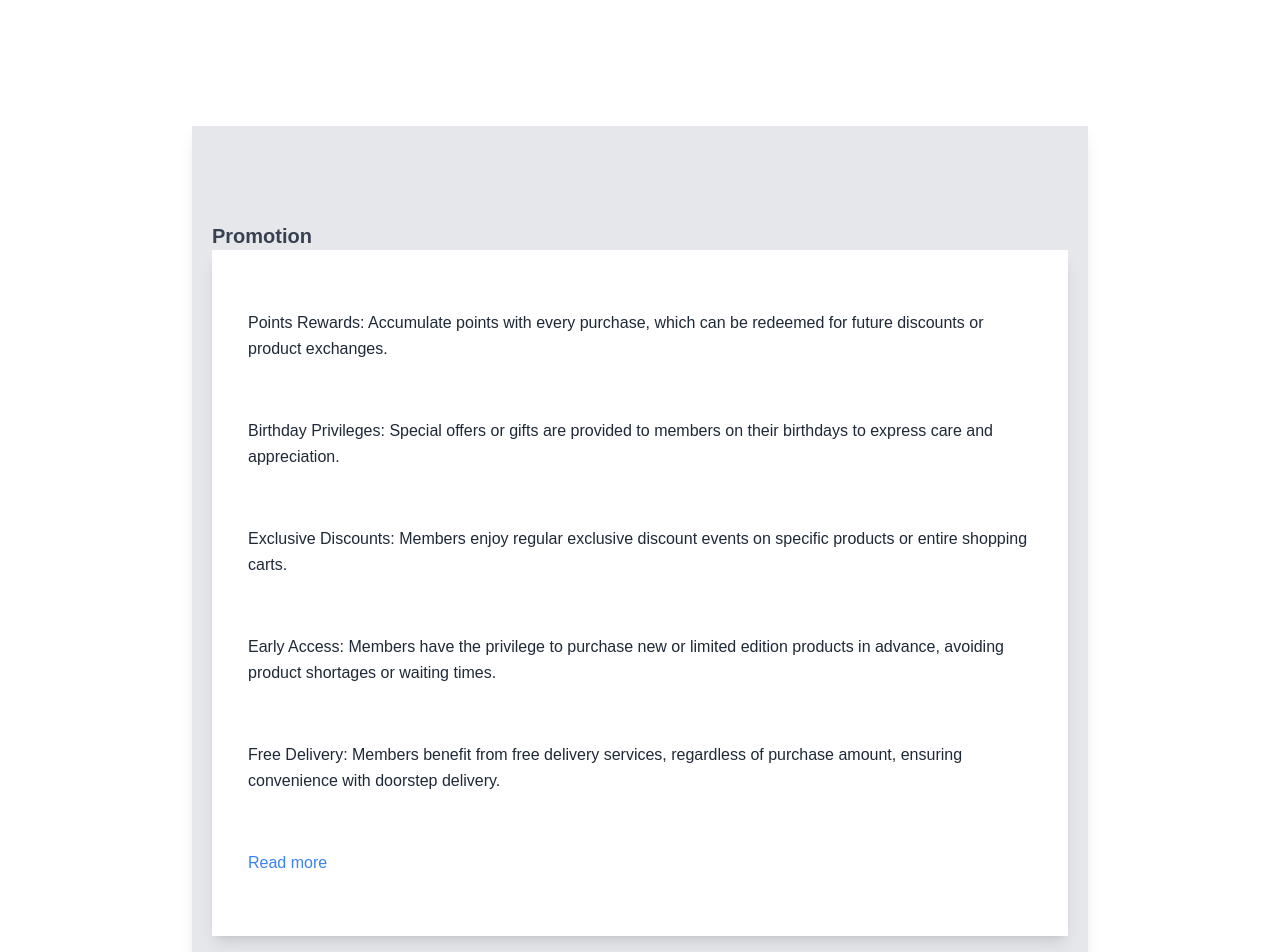
Repository: Harris132451/Final-Project-eShop
Page: /products/0.6MM THINLY WRAPPED PORK DUMPLING
An editor plug-in stored every save of this project. The page is shown before and after the next save, followed by the edit.
The browser window is 1280 px wide. The pictures show the part of the page from y = 896 to 1848 px (the page is 2263 px tall).
The page's requests for data from a server got no answer. The project was rebuilt for these pictures with package versions that can differ from the ones it lists, and the page was loaded fresh each time. No one was signed in, and anything a server would have sent is missing. Also part of the build but not shown: src/Page/Component/controlNum.js, src/Page/Component/PCinCart.js, src/Page/Component/SC.js, src/Page/Component/Slider.js, src/Page/Component/Loading/Loader.css, src/Page/Home.js, src/Page/Component/TPinCart.js, src/Page/Checkout.js and 5 more.

Above is the page before, as saved 2024-04-14 23:23:20.

### src/Page/Footer.js
function Footer() {
  return (
    <>
      <div className="bg-blue-600 flex flex-wrap flex-col sm:flex-row justify-center content-center px-4 sm:px-6 lg:px-8 font-medium">
        <div className="my-1 mx-2 ">
          <h2 className="text-xl font-bold">Company</h2>
          <p>About us</p>
          <p>Return Policy</p>
          <p>Delivery Methods</p>
          <p>FAQ</p>
        </div>
        <div className="my-1 mx-2">
          <h2 className="text-xl font-bold">Contacts</h2>
          <p>📞 12345678</p>
          <p>✉️ test@test.com</p>
        </div>
        <div className="my-1 mx-2">
          <h2 className="text-xl font-bold">Location:</h2>
          <p>
            Unit 03, 7/F, Millennium Trade Centre, <br />
            56 Kwai Cheong Road, Kwai Chung, NT
          </p>
        </div>
        <iframe
          className="mx-4 my-1"
          title="googleMap"
          src="https://www.google.com/maps/embed?pb=!1m18!1m12!1m3!1d1844.869820108395!2d114.13131213825925!3d22.363457675390126!2m3!1f0!2f0!3f0!3m2!1i1024!2i768!4f13.1!3m3!1m2!1s0x3403f899dc5c5b03%3A0xee9460f1d7de935e!2z6JG15raM6JG15piM6LevNTbomZ_osr_mmJPkuYvpg70!5e0!3m2!1szh-TW!2shk!4v1712110406039!5m2!1szh-TW!2shk"
          width="200"
          height="200"
          loading="lazy"
          allowFullScreen=""
          referrerPolicy="no-referrer-when-downgrade"
        ></iframe>
      </div>
    </>
  );
}

export default Footer;

### src/Page/ProductPage.js
import React, { useState, useEffect } from "react";
import { Link, useParams } from 'react-router-dom';
import { item } from './Component/product';
import withLoader from "./Component/withLoader"
import Breadcrumb from "./Component/Breadcrumb"
import deliver from "./deliver-food-svgrepo-com.svg"
import gift from "./gift-svgrepo-com.svg"
import ProductPromotion from "./Component/productPromotion";

const ProductPage = (props) => {
  const [amount, setAmount] = useState(1);
  const { productPage } = useParams();
  const decodedProductPage = decodeURIComponent(productPage);
  const product = item.find((i) => i.name === decodedProductPage);

  if (!product) {
    return <div>Product not found</div>;
  }

  const breadcrumbItems = [
    { text: 'Home', href: '/' },
    { text: product.bigcategories, href: `/${product.bigcategories}` },
    { text: product.smallcategories, href: `/product/${product.smallcategories}` },
    { text: product.name }
  ];

  return (
    <section className="text-gray-700 overflow-hidden bg-white font-[sans-serif]">

      <div className="container px-5 py-24 mx-auto">
      <div className="text-4xl font-extrabold text-gray-800 mb-12">
        <Breadcrumb items={breadcrumbItems} />
      </div>
        <div className="lg:w-4/5 mx-auto flex flex-wrap">
          <img
            alt="ecommerce"
            className="lg:w-1/2 w-full object-cover object-center rounded border border-gray-200"
            src={product.picture}
          />
          <div className="lg:w-1/2 w-full lg:pl-10 lg:py-6 mt-6 lg:mt-0">
            <h2 className="text-sm title-font text-gray-500 tracking-widest">{product.bigcategories}</h2>
            <h1 className="text-gray-900 text-3xl title-font font-medium mb-1">{product.name}</h1>
            <div className="flex mb-4">
              <Link className="text-gray-600 ml-3">4 Reviews</Link>
            </div>
            <p className="leading-relaxed">Fam locavore kickstarter distillery. Mixtape chillwave tumeric sriracha taximy chia microdosing tilde DIY. XOXO fam indxgo juiceramps cornhole raw denim forage brooklyn. Everyday carry +1 seitan poutine tumeric. Gastropub blue bottle austin listicle pour-over, neutra jean shorts keytar banjo tattooed umami cardigan.</p>
            <div className="flex mt-6 items-center pb-5 border-b-2 border-gray-200 mb-5">
              <div className="flex">
                <span className="mr-3">Unit</span>
                <span className="mr-4">{product.unit}</span>
              </div>
            </div>
            <div className="flex mt-6 items-center pb-5 border-b-2 border-gray-200 mb-5">
              <span className="title-font font-medium text-2xl text-gray-900">${product.price}</span>
              <button className="flex ml-auto text-white bg-blue-500 border-0 py-2 px-6 focus:outline-none rounded hover:bg-white hover:text-blue-500 hover:border-blue-500 hover:scale-110 transition duration-300 ease-in-out"
               onClick={() => {
                let newData = { ...props.items };
                let acn = props.Account;
                console.log(newData);
                if (acn) {
                  let PNameArr = [];
                  newData[acn]["Cart"].forEach((c) => {
                    PNameArr.push(c.name);
                  });
                  console.log(PNameArr);
                  if (PNameArr.includes(product.name)) {
                    for (
                      let i = 0;
                      i < newData[acn]["Cart"].length;
                      i++
                    ) {
                      if (newData[acn]["Cart"][i].name === product.name) {
                        newData[acn]["Cart"][i].qty += 1;
                        props.updateCart(newData[acn]["Cart"][i]);
                      }
                    }
                  } else {
                    props.updateCart(product);
                  }
                }
                props.updateIsOpenCart(true);
              }} >Add to cart</button>
            </div>
            <div className="flex items-center justify-between mt-6 pb-5 border-b-2 border-gray-200 mb-5">
              <div className="flex items-center space-x-2">
                <img src={deliver} alt="deliver" className="w-5 h-5"/>
                <span>Home Delivery</span>
              </div>
              <div className="flex items-center space-x-2">
                <img src={gift} alt="gift" className="w-7 h-7"/>
                <span>Click & Collect</span>
              </div>
            </div>

          </div>
        </div>
      </div>

      <div className="flex flex-col items-center justify-center mt-8 space-y-8">
        <div className="container px-5 py-24 mx-auto bg-gray-200 shadow-lg max-w-4xl truncate inline-block">
          <h2 className="text-xl font-semibold">Promotion</h2>
          <ProductPromotion />
        </div>
        <div className="text-lg font-semibold">Description</div>
        <div className="text-lg font-semibold">Reviews</div>
      </div>

    </section>
  );
};

export default withLoader(ProductPage);

### src/Page/Component/ScrollBtn.js
import React, { useState } from "react";
import { FaArrowCircleUp } from "react-icons/fa";

const ScrollButton = () => {
  const [visible, setVisible] = useState(false);

  const toggleVisible = () => {
    const scrolled = document.documentElement.scrollTop;
    if (scrolled > 300) {
      setVisible(true);
    } else if (scrolled <= 300) {
      setVisible(false);
    }
  };

  const scrollToTop = () => {
    window.scrollTo({
      top: 0,
      behavior: "smooth",
      /* you can also use 'auto' behaviour
		in place of 'smooth' */
    });
  };

  window.addEventListener("scroll", toggleVisible);

  return (
    <button className="fixed  right-8 bottom-4 h-20 text-5xl z-10 cursor-pointer text-blue-300">
      <FaArrowCircleUp
        onClick={scrollToTop}
        style={{ display: visible ? "inline" : "none" }}
      />
    </button>
  );
};

export default ScrollButton;

### src/firebase/firebase.js
// Import the functions you need from the SDKs you need
import { initializeApp } from "firebase/app";
/* import { getAnalytics } from "firebase/analytics"; */
import { getAuth } from "firebase/auth";
// TODO: Add SDKs for Firebase products that you want to use
// https://firebase.google.com/docs/web/setup#available-libraries

// Your web app's Firebase configuration
// For Firebase JS SDK v7.20.0 and later, measurementId is optional

import { getFirestore } from "firebase/firestore";

const firebaseConfig = {
  apiKey: "AIzaSyAlfQxAV01MKSUnffMtmq6bTksAcXSNuSA",
  authDomain: "generation-group-eshop.firebaseapp.com",
  projectId: "generation-group-eshop",
  storageBucket: "generation-group-eshop.appspot.com",
  messagingSenderId: "551318279692",
  appId: "1:551318279692:web:44d464660b5437ef994029",
  measurementId: "G-LWZBK7E1JY",
};

// Initialize Firebase
export const app = initializeApp(firebaseConfig);
/* const analytics = getAnalytics(app); */

// Initialize Firebase Authentication and get a reference to the service
export const auth = getAuth(app);

export const db = getFirestore(app);

### src/Page/Component/Weather.js
function Weather(props) {
  const temperature = props.temperature;
  const weather = props.weather;

  return (
    <>
      <div className="flex mr-6 sm:mr-3">
        <div class="mr-1 mt-0.5 text-xl text-white sm:text-lg sm:mt-0">
          {temperature}°C
        </div>
        <div className="h-8 w-8 sm:h-7 sm:w-7">
          {weather === "normal" && <img src="normal.png" alt="normal" />}
          {weather === "cold" && <img src="cold.png" alt="cold" />}
          {weather === "hot" && <img src="hot.png" alt="hot" />}
        </div>
      </div>
    </>
  );
}

export default Weather;

### src/Page/Component/input.js
import { useEffect, useState, useRef } from "react";
import { item } from "./product.js";

function NameButton(n) {
  console.log(n);
}

const Inputbox = function () {
  const [Word, setWord] = useState("");
  const [BtnWord, setBtnWord] = useState("");
  const [IsBtnVisible, setIsBtnVisible] = useState(false);
  const [IsSerachBtn, setIsSerachBtn] = useState(false);
  const [ResultName, setResultName] = useState([]);
  const [BtnResultName, setBtnResultName] = useState([]);
  const [windowWidth, setWindowWidth] = useState(window.innerWidth);
  function InputName(name) {
    setWord(name.target.value);
  }
  function InputBtnName(name) {
    setBtnWord(name.target.value);
  }
  useEffect(() => {
    const InputKey = Word.replace(" ", "").toLowerCase();
    const NameArr = [];
    item.map((p) => {
      if (
        p.name.replace(" ", "").toLowerCase().indexOf(InputKey) !== -1 &&
        InputKey !== ""
      ) {
        NameArr.push(p.name);
      }
    });
    setIsBtnVisible(true);
    setResultName(NameArr);
  }, [Word]);

  useEffect(() => {
    const InputKey = BtnWord.replace(" ", "").toLowerCase();
    const NameArr = [];
    item.map((p) => {
      if (
        p.name.replace(" ", "").toLowerCase().indexOf(InputKey) !== -1 &&
        InputKey !== ""
      ) {
        NameArr.push(p.name);
      }
    });
    setBtnResultName(NameArr);
  }, [BtnWord]);

  const inputRef = useRef(null);
  useEffect(() => {
    const handleClickOutside = (event) => {
      if (inputRef.current && !inputRef.current.contains(event.target)) {
        setBtnWord("");
        setBtnResultName([]);
        setWord("");
        setResultName([]);
        setIsBtnVisible(false);
        setIsSerachBtn(false);
      }
    };

    document.addEventListener("mousedown", handleClickOutside);

    return () => {
      document.removeEventListener("mousedown", handleClickOutside);
    };
  }, [inputRef]);

  useEffect(() => {
    const handleResize = () => {
      setWindowWidth(window.innerWidth);
    };
    window.addEventListener("resize", handleResize);
    if (window.innerWidth >= 1024) {
      setIsSerachBtn(false);
      setBtnWord("");
      setBtnResultName([]);
    } else {
      setWord("");
      setResultName([]);
    }
    return () => {
      window.removeEventListener("resize", handleResize);
    };
  }, [window.innerWidth]);

  return (
    <>
      <div class="flex lg:border-solid">
        <div>
          <div class="pt-5 h-auto w-6 m-2 hidden lg:block">
            <img src="/SerachBtn.png" />
          </div>
        </div>
        <div class="pt-7 block lg:hidden z-50">
          <button
            onClick={() => {
              setIsSerachBtn(!IsSerachBtn);
            }}
          >
            <div class="h-auto w-6 ml-2 ">
              <img src="/SerachBtn.png" />
            </div>
          </button>
          {IsSerachBtn && window.innerWidth < 1024 && (
            <div class="flex flex-col pt-2 ">
              <div class="bg-white rounded-md shadow-lg">
                <div class="flex flex-wrap">
                  <input
                    ref={inputRef}
                    onChange={(b) => InputBtnName(b)}
                    class="h-8 w-72 m-1 p-2 border rounded-md border-blue-900"
                  ></input>
                  {BtnResultName.length > 0 && (
                    <div class="overflow-scroll h-96">
                      {BtnResultName.map((n) => {
                        return (
                          <button
                            key={n}
                            onClick={() => NameButton(n)}
                            class="w-72 m-1 p-2 rounded-md text-blue-900 hover:bg-blue-200"
                          >
                            <div class="text-left">{n}</div>
                          </button>
                        );
                      })}
                    </div>
                  )}
                </div>
              </div>
            </div>
          )}
        </div>
        {window.innerWidth >= 1024 && (
          <div class="flex flex-col pt-6 ">
            <input
              ref={inputRef}
              onChange={(b) => InputName(b)}
              class="w-72 border-2 border-blue-700  rounded-full bg-blue-800 text-white px-5 opacity-80 text-lg"
            ></input>
            {ResultName.length > 0 && IsBtnVisible && (
              <div class="bg-white z-50 rounded-md shadow-lg pt-2 ">
                <div class="flex flex-wrap">
                  <div class="overflow-scroll h-96">
                    {ResultName.map((n) => {
                      return (
                        <button
                          key={n}
                          onClick={() => NameButton(n)}
                          class="w-96 m-1 p-2 rounded-md text-blue-900 hover:bg-blue-200"
                        >
                          <div class="text-left">{n}</div>
                        </button>
                      );
                    })}
                  </div>
                </div>
              </div>
            )}
          </div>
        )}
      </div>
    </>
  );
};

export default Inputbox;

### src/Page/Component/categoriesData.js
export const categories =
[
    {
     "id": 1,
     "Name": "Drink",
     "Parent": 1
    },
    {
     "id": 2,
     "Name": "Snack",
     "Parent": 2
    },
    {
     "id": 3,
     "Name": "Chilled",
     "Parent": 3
    },
    {
     "id": 4,
     "Name": "liquor",
     "Parent": 1
    },
    {
     "id": 5,
     "Name": "water",
     "Parent": 1
    },
    {
     "id": 6,
     "Name": "Ready-to-drink tea, coffee, milk tea",
     "Parent": 1
    },
    {
     "id": 7,
     "Name": "Milk and cheese drinks",
     "Parent": 1
    },
    {
     "id": 8,
     "Name": "Japanese & Korea Snack",
     "Parent": 2
    },
    {
     "id": 9,
     "Name": "Chocolate",
     "Parent": 2
    },
    {
     "id": 10,
     "Name": "Meat Snack",
     "Parent": 2
    },
    {
     "id": 11,
     "Name": "Chinese Bakery & Egg Roll",
     "Parent": 2
    },
    {
     "id": 12,
     "Name": "Seafood",
     "Parent": 3
    },
    {
     "id": 13,
     "Name": "Meat",
     "Parent": 3
    },
    {
     "id": 14,
     "Name": "Vegetarian",
     "Parent": 3
    },
    {
     "id": 15,
     "Name": "Dumpling",
     "Parent": 3
    }
   ]

### src/Page/Component/withLoader.js
import React, { useState, useEffect } from 'react';
import Loader from './Loading/Loader';

const withLoader = (WrappedComponent) => {
  return (props) => {
    const [isLoading, setIsLoading] = useState(true);

    useEffect(() => {
      const timer = setTimeout(() => {
        setIsLoading(false);
      }, 1000);

      return () => {
        clearTimeout(timer);
      };
    }, []);

    return (
      <div>
        {isLoading ? <Loader /> : <WrappedComponent {...props} />}
      </div>
    );
  };
};

export default withLoader;

### src/Page/Component/Breadcrumb.js
import React from 'react';

const Breadcrumb = ({ items }) => {
  return (
    <nav className="flex" aria-label="Breadcrumb">
      <ol className="inline-flex items-center space-x-1 md:space-x-2 rtl:space-x-reverse">
        <li>
          <div className="flex items-center">
            {items.map((item, index) => (
              <React.Fragment key={index}>
                {index !== 0 && (
                  <svg className="rtl:rotate-180 w-3 h-3 text-gray-400 mx-1" aria-hidden="true" xmlns="http://www.w3.org/2000/svg" fill="none" viewBox="0 0 6 10">
                    <path stroke="currentColor" strokeLinecap="round" strokeLinejoin="round" strokeWidth="2" d="m1 9 4-4-4-4"/>
                  </svg>
                )}
                {index === 0 ? (
                  <a href={item.href} className="inline-flex items-center text-sm font-medium text-gray-700 hover:text-blue-600 dark:text-gray-400 dark:hover:text-white">
                    <svg className="w-3 h-3 me-2.5" aria-hidden="true" xmlns="http://www.w3.org/2000/svg" fill="currentColor" viewBox="0 0 20 20">
                      <path d="m19.707 9.293-2-2-7-7a1 1 0 0 0-1.414 0l-7 7-2 2a1 1 0 0 0 1.414 1.414L2 10.414V18a2 2 0 0 0 2 2h3a1 1 0 0 0 1-1v-4a1 1 0 0 1 1-1h2a1 1 0 0 1 1 1v4a1 1 0 0 0 1 1h3a2 2 0 0 0 2-2v-7.586l.293.293a1 1 0 0 0 1.414-1.414Z"/>
                    </svg>
                    {item.text}
                  </a>
                ) : (
                  index === items.length - 1 ? (
                    <span className="text-sm font-medium text-gray-700 dark:text-gray-400">{item.text}</span>
                  ) : (
                    <a href={item.href} className="inline-flex items-center text-sm font-medium text-gray-700 hover:text-blue-600 dark:text-gray-400 dark:hover:text-white">
                      {item.text}
                    </a>
                  )
                )}
              </React.Fragment>
            ))}
          </div>
        </li>
      </ol>
    </nav>
  );
};

export default Breadcrumb;

### src/Page/Component/productPromotion.js
import React, { useState } from 'react';

function ProductPromotion() {
  const [expanded, setExpanded] = useState(false);

  const toggleExpanded = () => {
    setExpanded(!expanded);
  };

  const promoContent = [
    "Points Rewards: Accumulate points with every purchase, which can be redeemed for future discounts or product exchanges.",
    "Birthday Privileges: Special offers or gifts are provided to members on their birthdays to express care and appreciation.",
    "Exclusive Discounts: Members enjoy regular exclusive discount events on specific products or entire shopping carts.",
    "Early Access: Members have the privilege to purchase new or limited edition products in advance, avoiding product shortages or waiting times.",
    "Free Delivery: Members benefit from free delivery services, regardless of purchase amount, ensuring convenience with doorstep delivery.",
    "VIP Customer Service: Providing faster and superior customer service to members, including dedicated hotlines or online support.",
    "Rebate Programs: Earn a certain percentage of rebates on purchases, which can be used for future shopping or cashed out.",
    "Double Points Day: Regularly hold double or multiple points days, where members receive double or more points for purchases during this period.",
    "Eligibility for Member Activities: Participation in specific promotions, gifts, or draw events is limited to members.",
    "Exclusive Events and Packages: Periodically host member-exclusive events and provide exclusive gift packages or gifts."
  ];

  return (
    <div className="container px-5 py-5 mx-auto bg-white shadow-lg max-w-4xl truncate inline-block">

        {promoContent.slice(0, expanded ? promoContent.length : 5).map((content, index) => (
          <div key={index} className="product-promotion-item my-6 leading-relaxed text-gray-800 truncate transition duration-500 hover:bg-gray-100 hover:text-blue-500 hover:shadow-lg rounded-lg p-4 whitespace-normal">{content}</div>
        ))}
        <div className="product-promotion-item my-6 leading-relaxed text-gray-800 truncate transition duration-500 hover:bg-gray-100 hover:text-blue-500 hover:shadow-lg rounded-lg p-4 whitespace-normal">
          {!expanded && <a href="#" className="text-blue-500 hover:underline" onClick={toggleExpanded}>Read more</a>}
        </div>

    </div>
  );
}

export default ProductPromotion;

### src/Page/Component/Loading/Loader.js
import React from 'react';
import './Loader.css';

const Loader = () => {
    return (
      <div className="h-64 flex items-center justify-center mx-auto">
        <div className="loader">
          <div className="loader-wheel"></div>
        </div>
      </div>
    );
  };

  export default Loader;

Loaded but not shown: public/index.html (common file); src/index.js (common file); src/index.css (common file); src/reportWebVitals.js (common file); tailwind.config.js (common file); src/Page/Component/product.js (327 lines, source omitted); src/Page/Header.js (235 lines, source omitted); src/App.js (207 lines, source omitted)

After the next save:
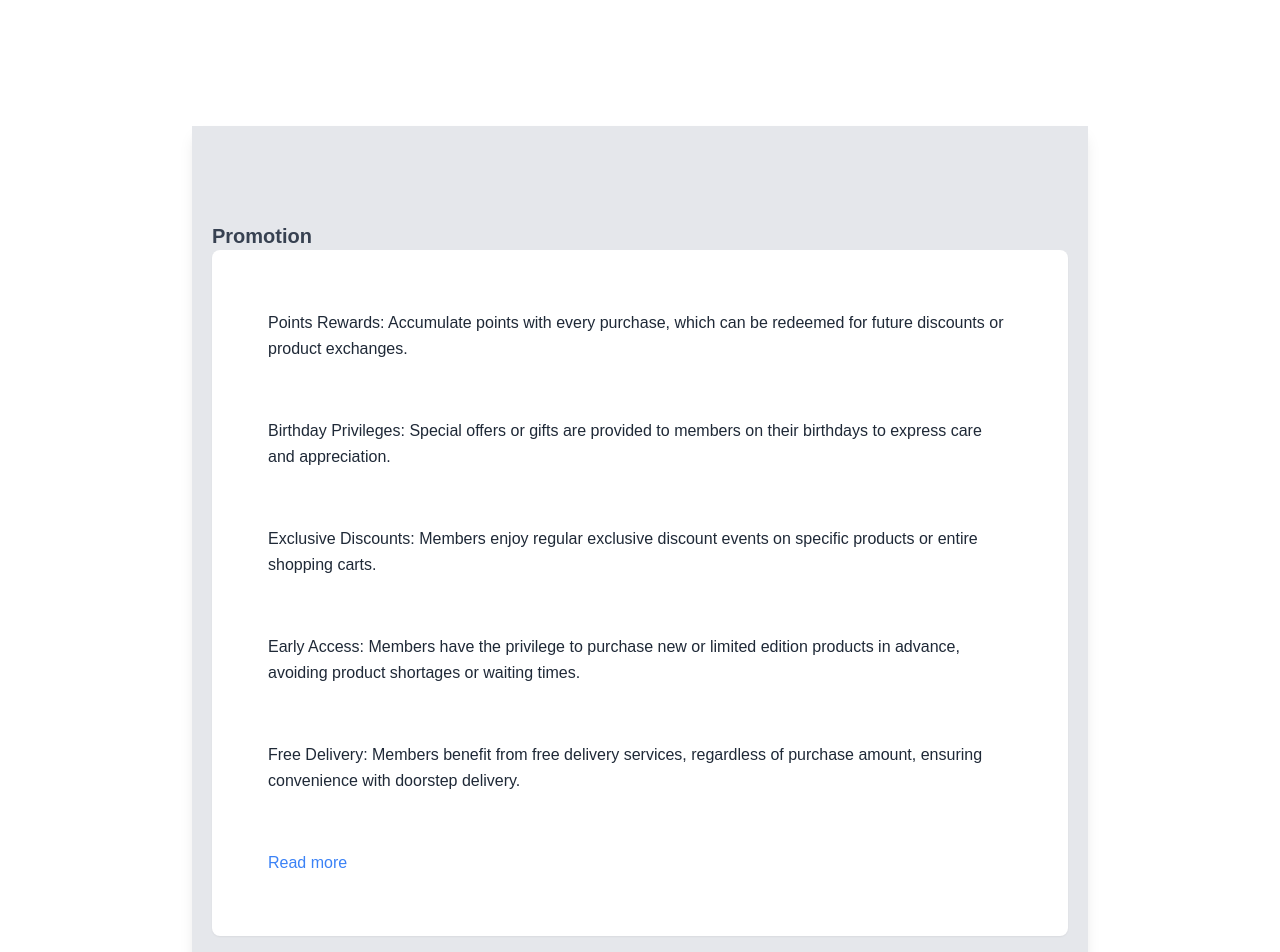
Saved 83 s later.
--- a/src/Page/Component/productPromotion.js
+++ b/src/Page/Component/productPromotion.js
@@ -21,7 +21,7 @@ function ProductPromotion() {
   ];
 
   return (
-    <div className="container px-5 py-5 mx-auto bg-white shadow-lg max-w-4xl truncate inline-block">
+    <div className="container px-10 py-5 mx-auto bg-white shadow-sm rounded-lg max-w-4xl truncate inline-block">
 
         {promoContent.slice(0, expanded ? promoContent.length : 5).map((content, index) => (
           <div key={index} className="product-promotion-item my-6 leading-relaxed text-gray-800 truncate transition duration-500 hover:bg-gray-100 hover:text-blue-500 hover:shadow-lg rounded-lg p-4 whitespace-normal">{content}</div>
